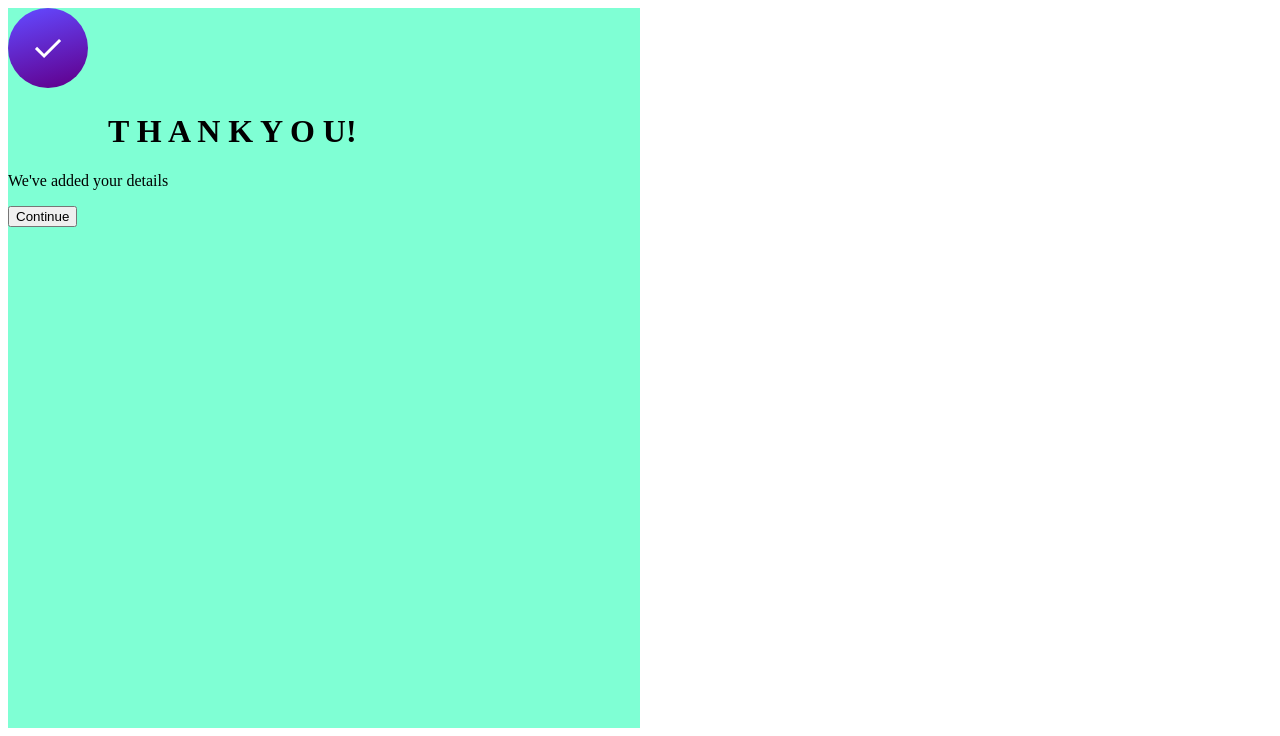
Repository: Abhi2359/frontendchallenge-1
Page: /
An editor plug-in stored every save of this project. The page is shown before and after a run of saves, followed by the edit.
The browser window is 1280 px wide. The pictures show the whole page.
The project was rebuilt for these pictures with package versions that can differ from the ones it lists, and the page was loaded fresh each time. Also part of the build but not shown: src/components/Cards/Card1.css, src/components/Cards/Card1.js, src/components/Cards/Card2.css, src/components/Cards/Card2.js, src/components/Layout/Layout.js.

Above is the page before, as saved 2023-02-15 17:25:51.

### src/App.js

import Compelete from "./components/Add/Compelete";
import Layout from "./components/Layout/Layout";


function App() {
  return (
    <div className="App">

      <Compelete/>
    {/*
      <Layout/>
      <Added/>

    <Card1/>
    */}

    </div>
  );
}

export default App;

### src/components/Add/Compelete.js
import React from 'react'
import {ReactComponent as Add} from './icon-complete.svg'
import './Compelete.css'

function Compelete() {
  return (
    <div class="Complete">
      <div class="icon">
        <Add/>
      </div>
      <h1>T H A N K Y O U!</h1>
      <div class="para">
        <p>We've added your details</p>
      </div>
      <div class="btn">
        <button>Continue</button>
      </div>
    </div>
  )
}

export default Compelete

### src/components/Add/Compelete.css
.Complete{
    height: 100vh;
    width: 50%;
    background-color: aquamarine;

}

.icon{

}

### src/components/Layout/layout.css
.layout{

    margin: 0;
    padding: 0;
    height: 100vh;
}
.partitions
{
    height: 100%;
display: flex;
flex-wrap: wrap;
flex-direction: row;
justify-content: space-between;
}

.partition1{
    background-image: linear-gradient(to right bottom, #340505, #3b0d16, #431521, #4a1d2c, #502638, #52273b, #53283e, #552941, #53223d, #511a38, #4f1234, #4d072f);

height: 100vh;
flex-grow: 3;
color: white;
width: 40%;

}

.partition2{
background-color: rgb(243, 242, 242);
 height: 100vh;
flex-grow: 8;
display: flex;
align-items: center;
justify-content: center;
}

.Form{
    margin-left: 80px;

}

.Form input{
    margin: 5px;
    height: 35px;
    margin-top: 10px;
    margin-bottom: 20px;

}

.card_holder{
    width: 300px;
    border: 1px solid gray;
    border-radius: 5px;
}
.card_number{
    width: 300px;
    border: 1px solid gray;
    border-radius: 5px;
}
label{
    font-size: 12px;
    font-weight: bold;
    padding-left: 10px;
}



.cvc{
    margin-left: 40px;
}

.number{
    width: 60px;
    border: 1px solid gray;
    border-radius: 5px;
}
#cvc{
    width: 140px;
    border: 1px solid gray;
    border-radius: 5px;
}
 .button{
    width: 300px;
    margin-left: 10px;
    background-color: black;
    color: white;
    height: 40px;
    border-radius: 5px;
 }

.partitiion1 ,h1{
margin-left: 100px;
}

.card1{
    margin-top: 20px;
    margin-left: 100px;
}

.card2{
    margin-top: 20px;
    margin-left: 80px;
}

Loaded but not shown: public/index.html (common file); src/index.js (common file)

After the next 2 saves:
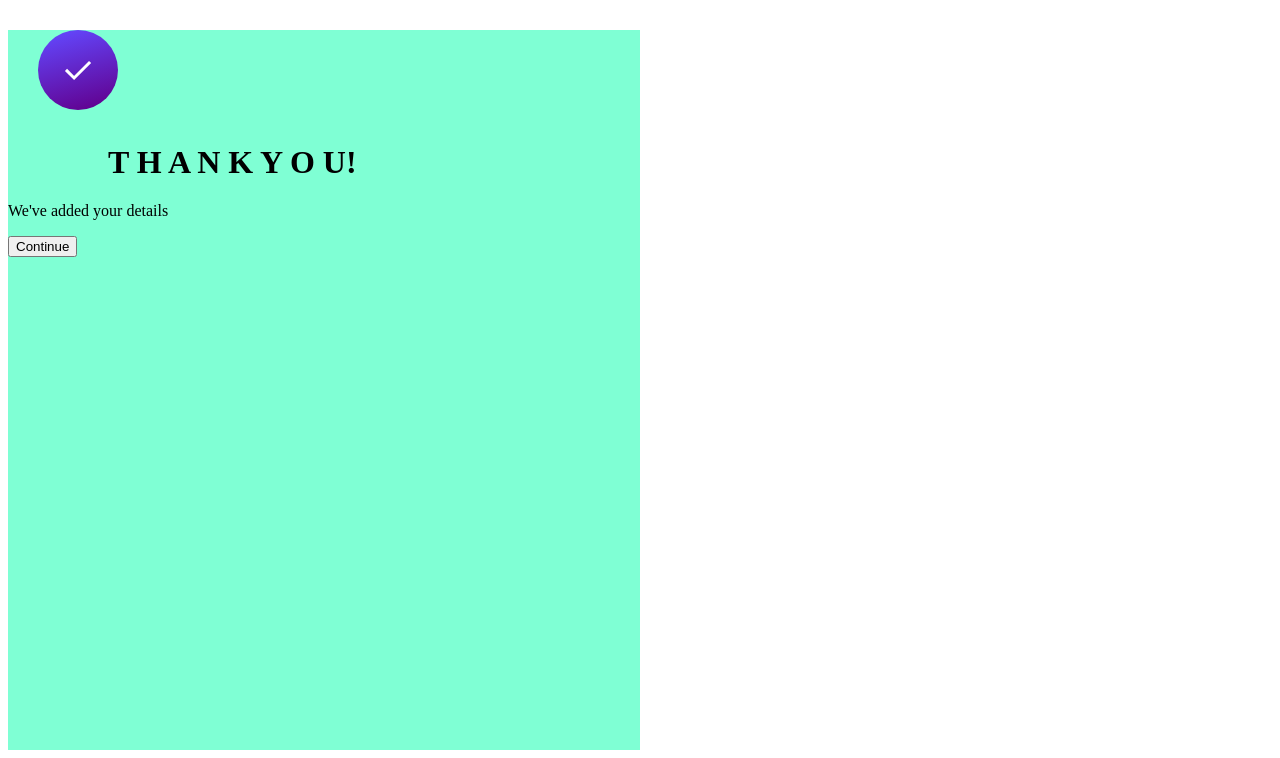
The 2 saves are shown as one change because they came seconds apart.
The last was saved 7 s later.
--- a/src/components/Add/Compelete.css
+++ b/src/components/Add/Compelete.css
@@ -6,5 +6,5 @@
 }
 
 .icon{
-
+   margin: 30px;
 }
